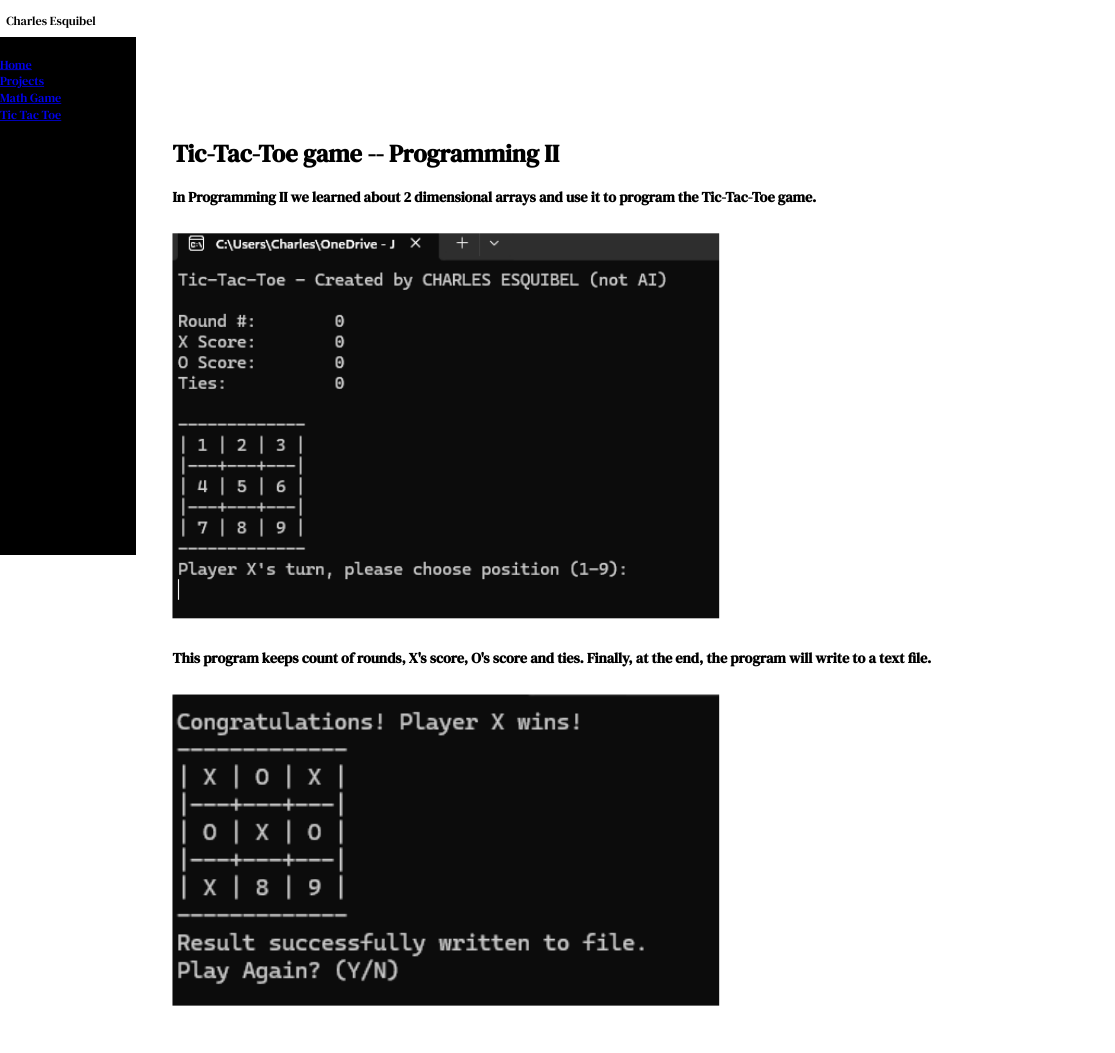
Repository: vGitCharles/vGitCharles
Page: pages/TicTacToe.html
An editor plug-in stored every save of this project. The page is shown before and after the next save, followed by the edit.
The browser window is 1280 px wide. The page is 1448 px wide, so the pictures cover 1448 px, including what lies to the right of the window. The pictures show the whole page, at 77% of full size.

Above is the page before, as saved 2026-05-15 23:36:53.

After the next save:
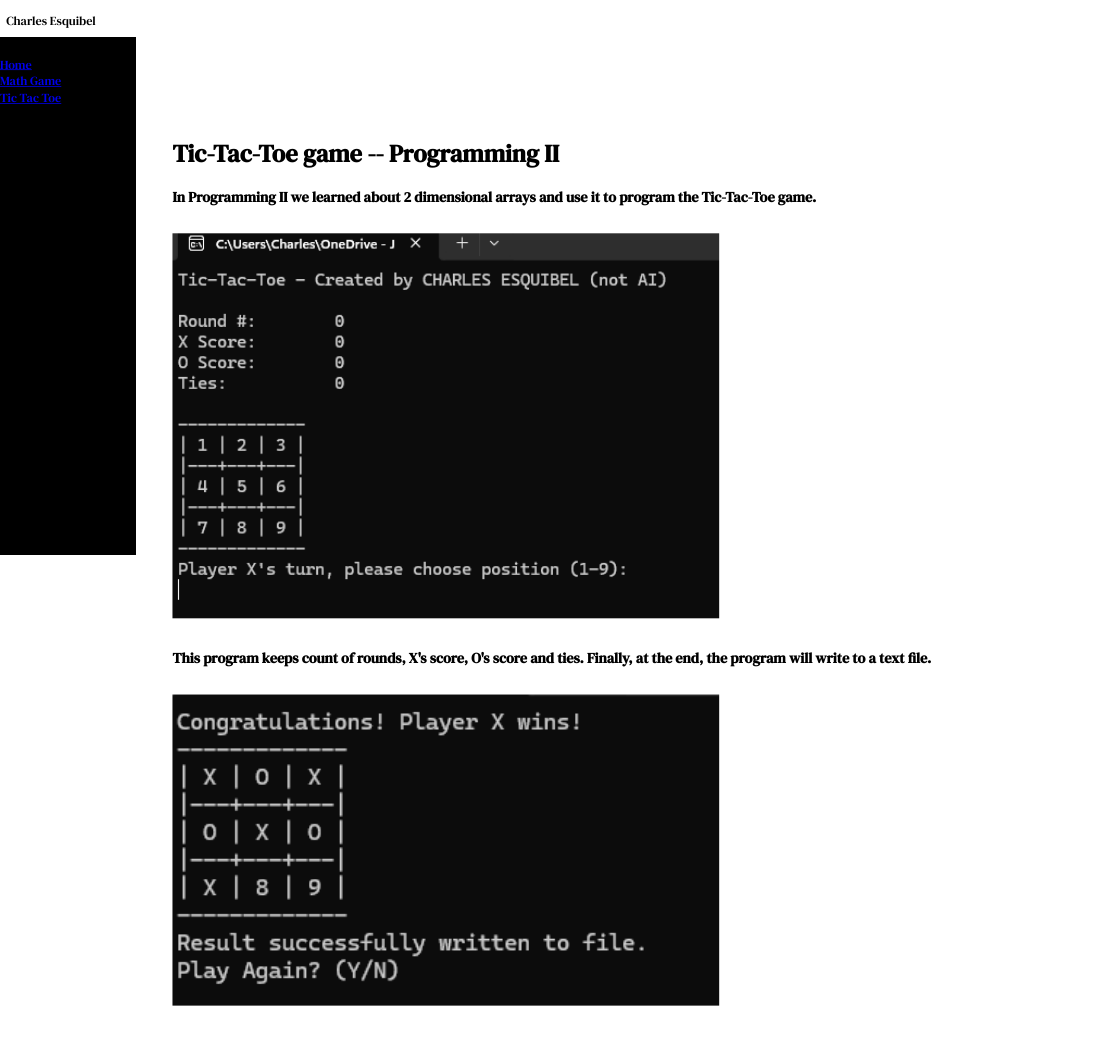
Saved 5 min 5 s later.
--- a/pages/TicTacToe.html
+++ b/pages/TicTacToe.html
@@ -20,7 +20,6 @@
     <nav class="sidebar" id="sidebar" aria-label="Site Navigation">
         <ul>
             <li><a href="../index.html" class="sidebar__link">Home</a></li>
-            <li><a href="../pages/projects.html" class="sidebar__link">Projects</a></li>
             <li><a href="../pages/MathGame.html" class="sidebar__link active">Math Game</a></li>
             <li><a href="../pages/TicTacToe.html" class="sidebar__link">Tic Tac Toe</a></li>
         </ul>
